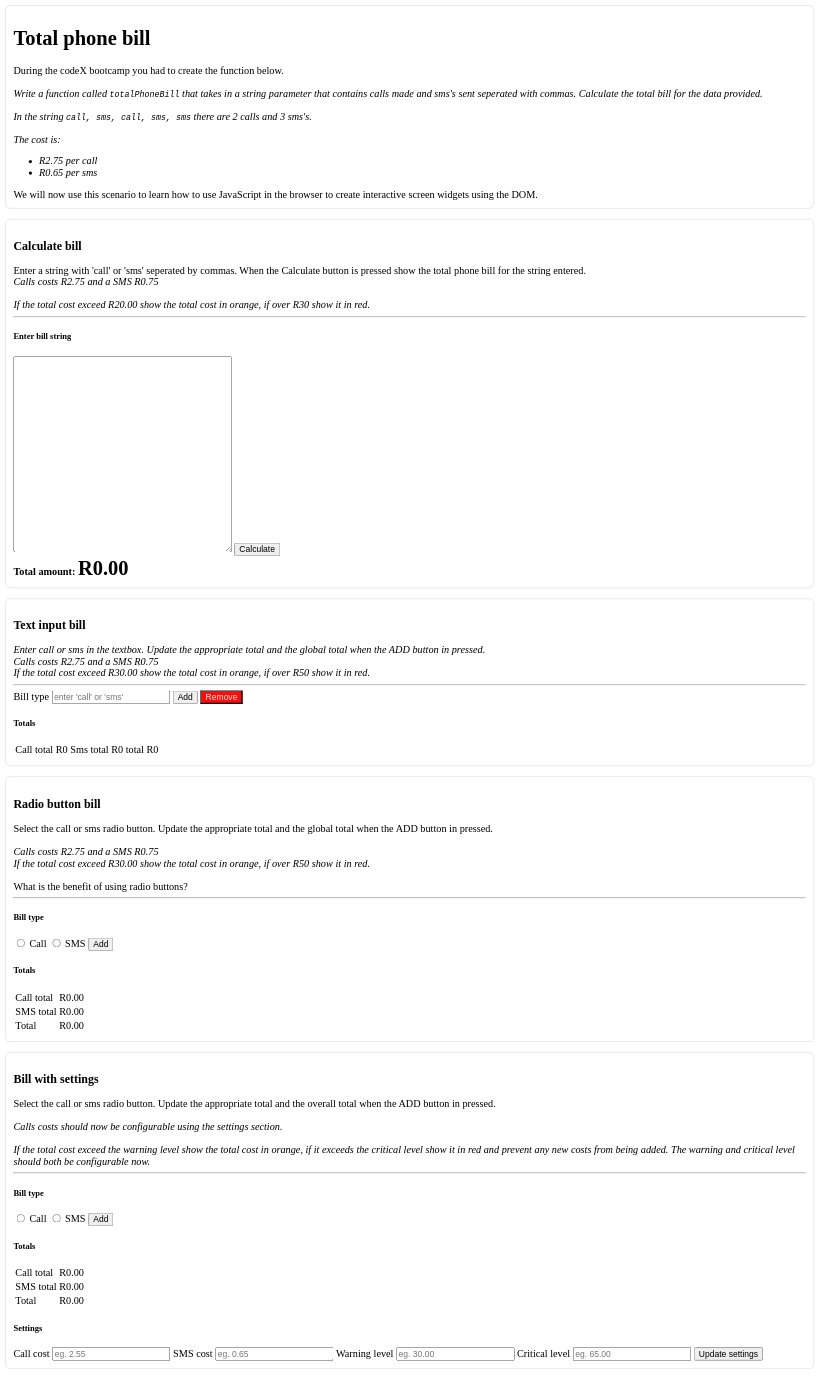
Repository: lasity34/Phone-bill
Page: index.html
The author's editor kept a copy of each file at every save. The page is drawn from the files as they stood at one save, then again after the next save.
The browser window is 1280 px wide. The pictures show the whole page, at 64% of full size.
Some web libraries are served in a nearby version.

Above is the page before, as saved 2023-05-06 11:44:38.
Not found: css/skeleton.css

After the next save:
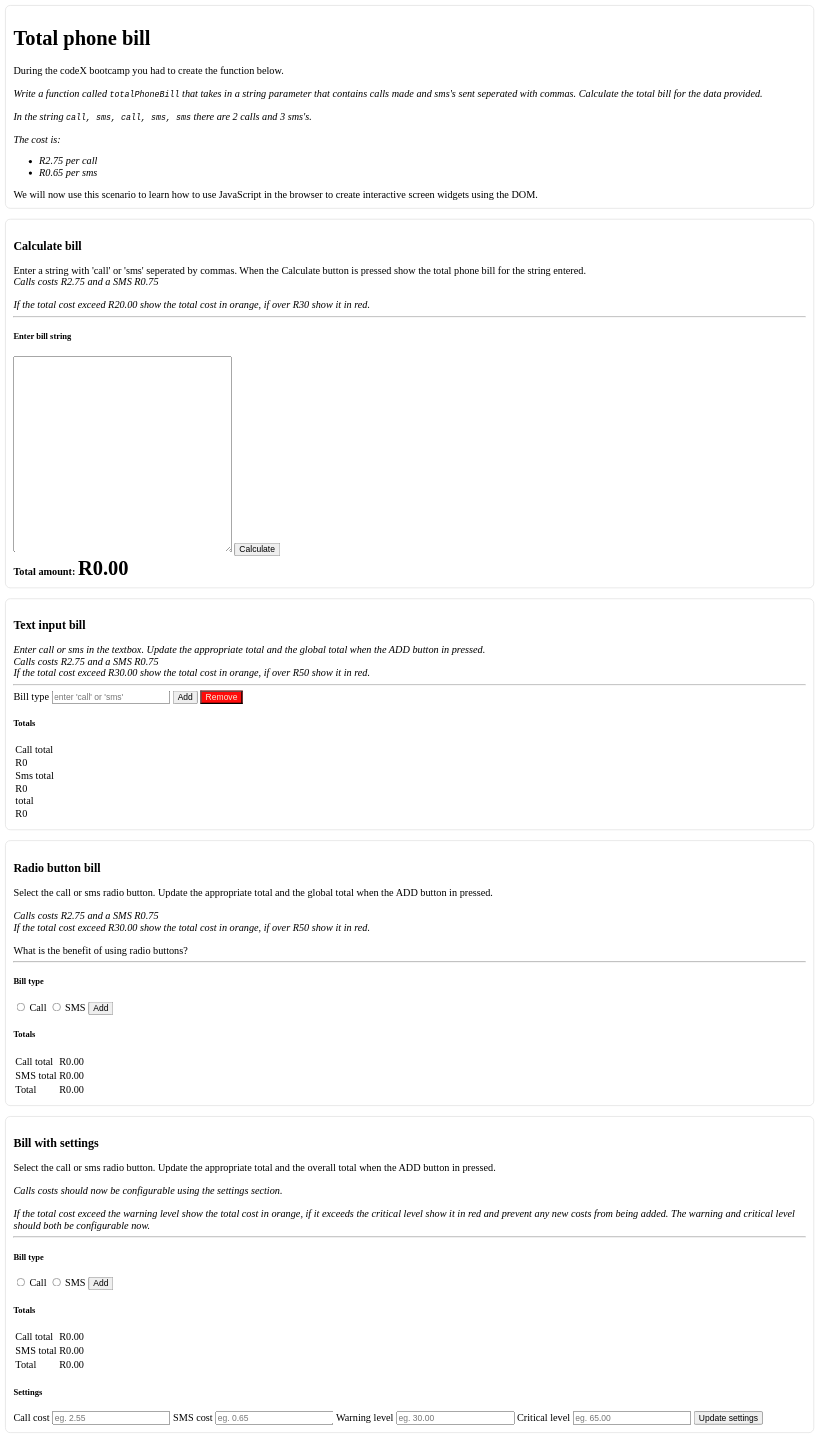
Saved 2 min 3 s later.
--- a/css/style.css
+++ b/css/style.css
@@ -25,3 +25,9 @@
   background-color: rgb(255, 11, 11);
   color: antiquewhite;
 }
+
+
+.textTotals {
+  display: flex;
+  flex-direction: column;
+}
